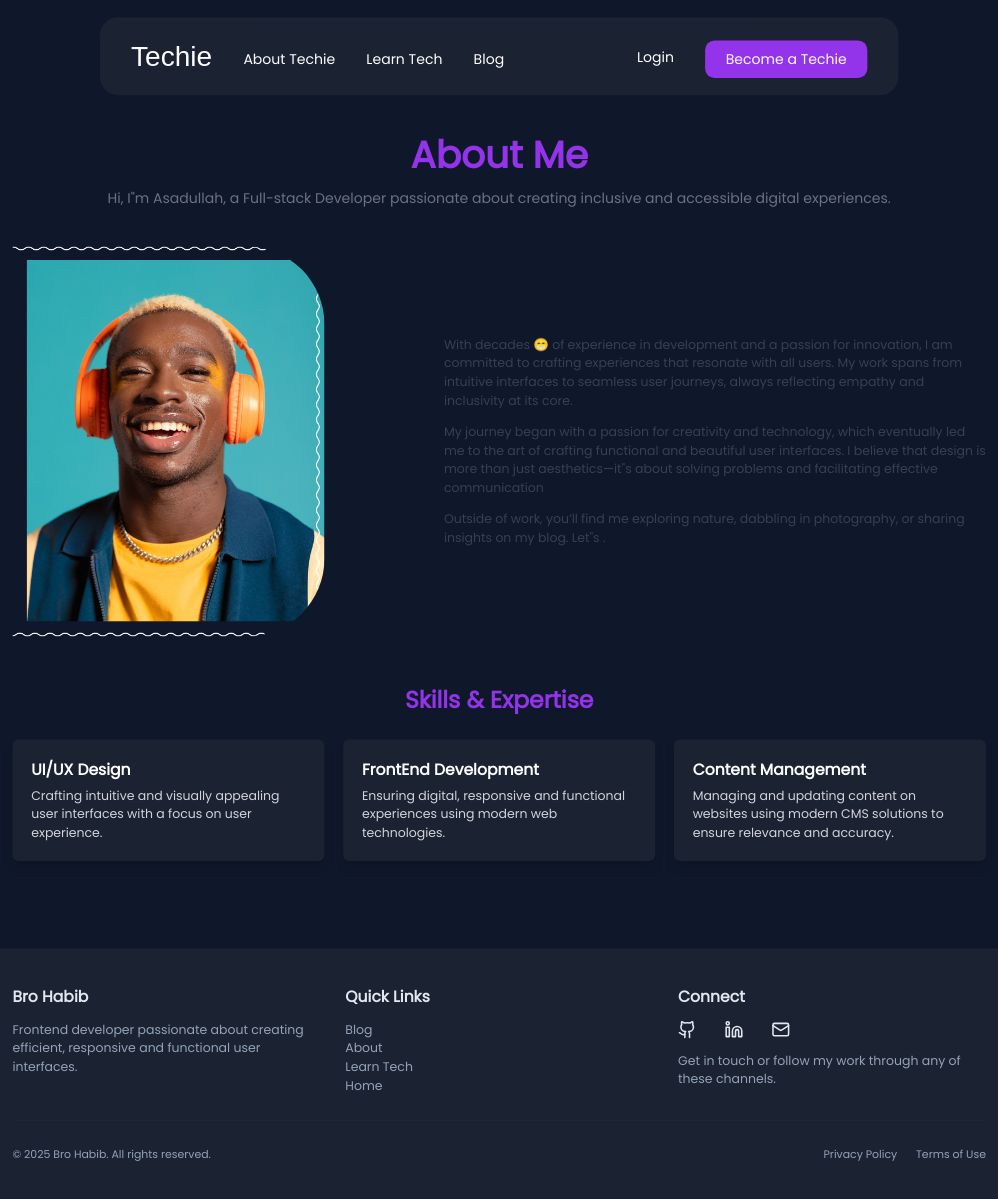
Repository: asadullah48/data-fetch
Page: /about
The author's editor kept a copy of each file at every save. The page is drawn from the files as they stood at one save, then again after a run of saves.
The browser window is 1280 px wide. The pictures show the whole page, at 78% of full size.
Some web fonts or font styles are not loaded; a fallback is used. The project was rebuilt for these pictures with package versions that can differ from the ones it lists, and the page was loaded fresh each time. The framework's server and built-in components were replaced by stand-ins that run in the browser. Also part of the build but not shown: next.config.mjs.

Above is the page before, as saved 2025-01-15 12:38:33.

### src/app/layout.tsx
import type { Metadata } from "next";
import localFont from "next/font/local";
import "./globals.css";
import Navbar from "@/components/Navbar";
import { Poppins } from "next/font/google"
import Footer from "@/components/Footer";


const poppins = Poppins({
  subsets: ['latin'],
  weight: '400'
})

const geistSans = localFont({
  src: "./fonts/GeistVF.woff",
  variable: "--font-geist-sans",
  weight: "100 900",
});
const geistMono = localFont({
  src: "./fonts/GeistMonoVF.woff",
  variable: "--font-geist-mono",
  weight: "100 900",
});

export const metadata: Metadata = {
  title: "Data Fetching",
  description: "Data Fetching in a CSR and SSR",
};

export default function RootLayout({
  children,
}: Readonly<{
  children: React.ReactNode;
}>) {
  return (
    <html lang="en">
      <body
        className={`${geistSans.variable} ${geistMono.variable} ${poppins.className} bg-[#0f172a] text-white antialiased overflow-x-hidden`}
      >
        <Navbar />
        {children}
        <Footer/>
      </body>
    </html>
  );
}

### src/app/about/page.tsx
'use client';

import Image from "next/image";

export default function About() {
    return (
        <div className="container mx-auto px-4 py-8">
            <div className="text-center mb-12">
                <h1 className="text-5xl font-bold text-[#9333EA]">About Me</h1>
                <p className="text-lg text-gray-500 mt-4">
                    Hi, I&quot;m Asadullah, a Full-stack Developer passionate about creating inclusive and accessible digital experiences.
                </p>
            </div>

            <div className="flex flex-col sm:flex-row gap-8 juctify-center items-center">
                {/* Profile Image */}
                <div className="relative w-screen align-middle md:w-1/2 h-[500px] overflow-hidden">
                    <div className="w-screen align-middle rounded-[0_50px_0_50px]  overflow-hidden ">
                        {/* Using placeholder API for demo - replace src with your actual image URL */}
                        <Image
                            src="/images/myImg.jpeg"
                            width={1000}
                            height={1000}
                            alt="Professional portrait"
                            className="w-[400px] h-[500px] object-cover md:rounded-[0_100px_100px_0] absolute left-0"
                        />
                    </div>
                </div>

                {/* Description */}
                <div className="w-full md:w-2/3 text-center md:text-left">
                    <p className="text-gray-700 mb-4">
                        With decades 😁 of experience in development and a passion for innovation, I am committed to crafting experiences
                        that resonate with all users. My work spans from intuitive interfaces to seamless user journeys,
                        always reflecting empathy and inclusivity at its core.
                    </p>
                    <p className="text-gray-700 mb-4">
                    My journey began with a passion for creativity and technology, which eventually led me to the art of crafting functional and beautiful
                     user interfaces. I believe that design is more than just aesthetics—it&quot;s about solving problems and facilitating effective communication
                    </p>
                    <p className="text-gray-700">
                        Outside of work, you’ll find me exploring nature, dabbling in photography, or sharing insights on my blog.
                        Let&quot;s .
                    </p>
                </div>
            </div>

            {/* Skills Section */}
            <div className="mt-16">
                <h2 className="text-3xl font-bold text-[#9333EA] text-center mb-8">Skills & Expertise</h2>

                <div className="grid grid-cols-1 md:grid-cols-3 gap-6">

                    <div className="bg-[#1b2232] text-white rounded-lg shadow-lg p-6">
                        <h3 className="text-xl font-semibold mb-2">UI/UX Design</h3>
                        <p className="text-gray-300">
                            Crafting intuitive and visually appealing user interfaces with a focus on user experience.
                        </p>
                    </div>
                    <div className="bg-[#1b2232] text-white rounded-lg shadow-lg p-6">
                        <h3 className="text-xl font-semibold mb-2">FrontEnd Development</h3>
                        <p className="text-gray-300">
                            Ensuring digital, responsive and functional experiences using modern web technologies.
                        </p>
                    </div>

                    <div className="bg-[#1b2232] text-white rounded-lg shadow-lg p-6">
                        <h3 className="text-xl font-semibold mb-2">Content Management</h3>
                        <p className="text-gray-300">
                            Managing and updating content on websites using modern CMS solutions to ensure relevance and accuracy.
                        </p>
                    </div>
                </div>
            </div>
        </div>
    );
}

### src/app/globals.css
@tailwind base;
@tailwind components;
@tailwind utilities;

body {
  font-family: Arial, Helvetica, sans-serif;
}

@layer utilities {
  .text-balance {
    text-wrap: balance;
  }
}

@layer base {
  :root {
    --background: 0 0% 100%;
    --foreground: 20 14.3% 4.1%;
    --card: 0 0% 100%;
    --card-foreground: 20 14.3% 4.1%;
    --popover: 0 0% 100%;
    --popover-foreground: 20 14.3% 4.1%;
    --primary: 24 9.8% 10%;
    --primary-foreground: 60 9.1% 97.8%;
    --secondary: 60 4.8% 95.9%;
    --secondary-foreground: 24 9.8% 10%;
    --muted: 60 4.8% 95.9%;
    --muted-foreground: 25 5.3% 44.7%;
    --accent: 60 4.8% 95.9%;
    --accent-foreground: 24 9.8% 10%;
    --destructive: 0 84.2% 60.2%;
    --destructive-foreground: 60 9.1% 97.8%;
    --border: 20 5.9% 90%;
    --input: 20 5.9% 90%;
    --ring: 20 14.3% 4.1%;
    --chart-1: 12 76% 61%;
    --chart-2: 173 58% 39%;
    --chart-3: 197 37% 24%;
    --chart-4: 43 74% 66%;
    --chart-5: 27 87% 67%;
    --radius: 0.5rem;
  }
  .dark {
    --background: 20 14.3% 4.1%;
    --foreground: 60 9.1% 97.8%;
    --card: 20 14.3% 4.1%;
    --card-foreground: 60 9.1% 97.8%;
    --popover: 20 14.3% 4.1%;
    --popover-foreground: 60 9.1% 97.8%;
    --primary: 60 9.1% 97.8%;
    --primary-foreground: 24 9.8% 10%;
    --secondary: 12 6.5% 15.1%;
    --secondary-foreground: 60 9.1% 97.8%;
    --muted: 12 6.5% 15.1%;
    --muted-foreground: 24 5.4% 63.9%;
    --accent: 12 6.5% 15.1%;
    --accent-foreground: 60 9.1% 97.8%;
    --destructive: 0 62.8% 30.6%;
    --destructive-foreground: 60 9.1% 97.8%;
    --border: 12 6.5% 15.1%;
    --input: 12 6.5% 15.1%;
    --ring: 24 5.7% 82.9%;
    --chart-1: 220 70% 50%;
    --chart-2: 160 60% 45%;
    --chart-3: 30 80% 55%;
    --chart-4: 280 65% 60%;
    --chart-5: 340 75% 55%;
  }
}

@layer base {
  * {
    @apply border-border;
  }
  body {
    @apply bg-background text-foreground;
  }
}

### src/components/Navbar.tsx
"use client"
import { useState } from 'react';
import { Agbalumo } from "next/font/google"
import Link from "next/link"

const agbalumo = Agbalumo({
    subsets: ['latin'],
    weight: '400'
})


export default function Navbar() {
    const [isMenuOpen, setIsMenuOpen] = useState(false);

    const toggleMenu = () => setIsMenuOpen(!isMenuOpen);

    return (
        <div className="h-[144px] w-screen flex justify-center items-center">
            <div className="h-[100px] w-full relative md:w-[80%] md:rounded-3xl bg-[#1b2232] text-white flex justify-between items-center px-10">
                {/* Logo and Links */}
                <div className="flex justify-center items-center gap-10">
                <Link href={"/"}>
                    <h1 className={`${agbalumo.className} text-4xl`}>Techie</h1>
                </Link>

                    <div className="hidden lg:flex gap-10">
                        <Link href={"/about"} className="text-lg mt-2">About Techie</Link>
                        <Link href={"/learnTech"} className="text-lg mt-2">Learn Tech</Link>
                        <Link href={"/blog"} className="text-lg mt-2">Blog</Link>
                    </div>
                </div>

                {/* Navbar Buttons */}
                <div className="hidden md:flex gap-10">
                    <Link href={"/login"} className="text-lg mt-4">Login</Link>
                    <Link href={"/signup"} className="text-lg mt-2 h-12 bg-PrimaryPurple flex justify-center items-center w-52 rounded-xl">Become a Techie</Link>
                </div>

                {/* Hamburger Menu for Mobile */}
                <div className="lg:hidden flex items-center gap-4">
                    {/* <h1 className="font-bold text-4xl">Techie</h1> */}
                    <button onClick={toggleMenu} className="text-white text-2xl">
                        {/* Hamburger Icon */}
                        {isMenuOpen ? 'X' : '☰'}
                    </button>
                </div>
            </div>

            {/* Dropdown Menu for Mobile */}
            {isMenuOpen && (
                <div className='z-50 h-screen fixed top-1/4 w-full flex justify-center items-center bg-[#1b2232]/70 backdrop-blur-md '>
                <div className=" lg:hidden  text-white  text-center py-4 flex flex-col justify-center items-start gap-5">
                    <Link href={"/about"} onClick={()=> setIsMenuOpen(false)} className="block text-lg mt-2">About Techie</Link>
                    <Link href={"/learnTech"} onClick={()=> setIsMenuOpen(false)} className="block text-lg mt-2">Learn Tech</Link>
                    <Link href={"/blog"} onClick={()=> setIsMenuOpen(false)} className="block text-lg mt-2">Blog</Link>
                    <Link href={"/login"} onClick={()=> setIsMenuOpen(false)} className="block text-lg mt-2">Login</Link>
                    <Link href={"/signup"} onClick={()=> setIsMenuOpen(false)} className=" text-lg mt-2 h-12 bg-PrimaryPurple flex justify-start pl-2 items-center w-52 rounded-xl">Become a Techie</Link>
                </div>
                </div>
            )}
        </div>
    )
}

### src/components/Footer.tsx
import React from 'react'
import { Github,  Linkedin, Mail } from 'lucide-react';
import Link from 'next/link';
export default function Footer() {
  const currentYear = new Date().getFullYear();

  return (
    <div className="bg-[#1b2232] mt-20 text-slate-200 py-12 ">
      <div className="container mx-auto px-4">
        {/* Main Footer Content */}
        <div className="grid grid-cols-1 md:grid-cols-3 gap-8 mb-8">
          {/* About Section */}
          <div>
            <h3 className="text-xl font-semibold mb-4">Bro Habib</h3>
            <p className="text-slate-400 mb-4">
              Frontend developer passionate about creating efficient, responsive and functional user interfaces.
            </p>
          </div>

          {/* Quick Links */}
          <div>
            <h3 className="text-xl font-semibold mb-4">Quick Links</h3>
            <ul className="space-y-2 text-slate-400">
              <Link href="/blog" className="hover:text-slate-200 transition-colors"><li>Blog</li>
              </Link>
              <Link href="/about" className="hover:text-slate-200 transition-colors"><li>About</li>
              </Link>
              <Link href="/learnTech" className="hover:text-slate-200 transition-colors"><li>Learn Tech</li>
              </Link>
              <Link href="/" className="hover:text-slate-200 transition-colors"><li>Home</li>
              </Link>
            </ul>
          </div>

          {/* Connect Section */}
          <div>
            <h3 className="text-xl font-semibold mb-4">Connect</h3>
            <div className="flex space-x-4 mb-4 gap-5">
              <Link href="https://github.com/Habib-bhai" className="hover:text-slate-200 transition-colors">
                <Github size={24} />
              </Link>

              <Link href="https://www.linkedin.com/in/habib007ab92282/" className="hover:text-slate-200 transition-colors">
                <Linkedin size={24} />
              </Link>

              <Link href="mailto:habibahmed918131@gmail.com" className="hover:text-slate-200 transition-colors">
                <Mail size={24} />
              </Link>

            </div>
            <p className="text-slate-400">
              Get in touch or follow my work through any of these channels.
            </p>
          </div>
        </div>

        {/* Bottom Bar */}
        <div className="pt-8 border-t border-slate-800">
          <div className="flex flex-col md:flex-row justify-between items-center space-y-4 md:space-y-0">
            <p className="text-slate-400 text-sm">
              © {currentYear} Bro Habib. All rights reserved.
            </p>
            <div className="flex space-x-6 text-sm text-slate-400">
              <a href="/privacy" className="hover:text-slate-200 transition-colors">Privacy Policy</a>
              <a href="/terms" className="hover:text-slate-200 transition-colors">Terms of Use</a>
            </div>
          </div>
        </div>
      </div>
    </div>
  )
}

### tailwind.config.ts
import type { Config } from "tailwindcss";

const config: Config = {
	darkMode: ["class"],
	content: [
		"./src/pages/**/*.{js,ts,jsx,tsx,mdx}",
		"./src/components/**/*.{js,ts,jsx,tsx,mdx}",
		"./src/app/**/*.{js,ts,jsx,tsx,mdx}",
	],
	theme: {
		extend: {

			animation: {
				'spin-slow': 'spin 3s linear infinite',
				orbit: 'orbit 1.5s linear infinite',
				// dash: 'dash 2s ease-in-out infinite',
				float: 'float 6s ease-in-out infinite',
				wave: 'wave 8s linear infinite',
				bounce: 'bounce 2s infinite',
			},
			keyframes: {
				orbit: {
					'0%': { transform: 'rotate(0deg) translateX(30px) rotate(0deg)' },
					'100%': { transform: 'rotate(360deg) translateX(30px) rotate(-360deg)' },
				},
				dash: {
					'0%': { strokeDashoffset: '880px' },
					'100%': { strokeDashoffset: '0px' },
				},
				float: {
					'0%, 100%': { transform: 'translateY(-10px)' },
					'50%': { transform: 'translateY(10px)' },
				  },
				  wave: {
					'0%': { transform: 'translateX(100%)' },
					'100%': { transform: 'translateX(-100%)' },
				  },
			},
			colors: {
				background: 'hsl(var(--background))',
				PrimaryPurple: '#9333EA',
				foreground: 'hsl(var(--foreground))',
				card: {
					DEFAULT: 'hsl(var(--card))',
					foreground: 'hsl(var(--card-foreground))'
				},
				popover: {
					DEFAULT: 'hsl(var(--popover))',
					foreground: 'hsl(var(--popover-foreground))'
				},
				primary: {
					DEFAULT: 'hsl(var(--primary))',
					foreground: 'hsl(var(--primary-foreground))'
				},
				secondary: {
					DEFAULT: 'hsl(var(--secondary))',
					foreground: 'hsl(var(--secondary-foreground))'
				},
				muted: {
					DEFAULT: 'hsl(var(--muted))',
					foreground: 'hsl(var(--muted-foreground))'
				},
				accent: {
					DEFAULT: 'hsl(var(--accent))',
					foreground: 'hsl(var(--accent-foreground))'
				},
				destructive: {
					DEFAULT: 'hsl(var(--destructive))',
					foreground: 'hsl(var(--destructive-foreground))'
				},
				border: 'hsl(var(--border))',
				input: 'hsl(var(--input))',
				ring: 'hsl(var(--ring))',
				chart: {
					'1': 'hsl(var(--chart-1))',
					'2': 'hsl(var(--chart-2))',
					'3': 'hsl(var(--chart-3))',
					'4': 'hsl(var(--chart-4))',
					'5': 'hsl(var(--chart-5))'
				}
			},
			borderRadius: {
				lg: 'var(--radius)',
				md: 'calc(var(--radius) - 2px)',
				sm: 'calc(var(--radius) - 4px)'
			}
		}
	},
	plugins: [require("tailwindcss-animate")],
};
export default config;

After the next 2 saves:
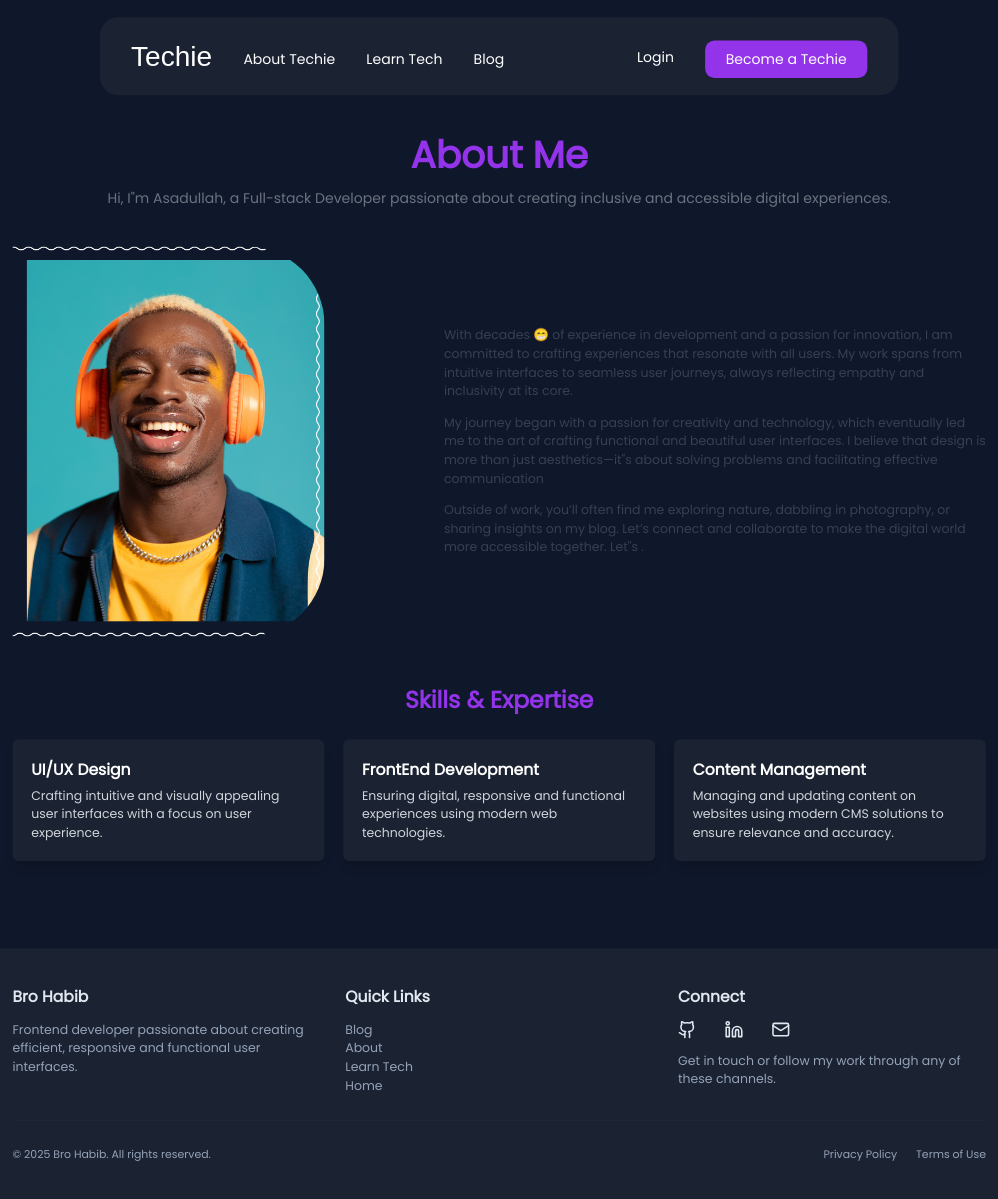
The 2 saves are shown as one change because they came seconds apart.
The last was saved 13 s later.
--- a/src/app/about/page.tsx
+++ b/src/app/about/page.tsx
@@ -39,7 +39,7 @@ export default function About() {
                      user interfaces. I believe that design is more than just aesthetics—it&quot;s about solving problems and facilitating effective communication
                     </p>
                     <p className="text-gray-700">
-                        Outside of work, you’ll find me exploring nature, dabbling in photography, or sharing insights on my blog.
+                    Outside of work, you’ll often find me exploring nature, dabbling in photography, or sharing insights on my blog. Let’s connect and collaborate to make the digital world more accessible together.
                         Let&quot;s .
                     </p>
                 </div>
